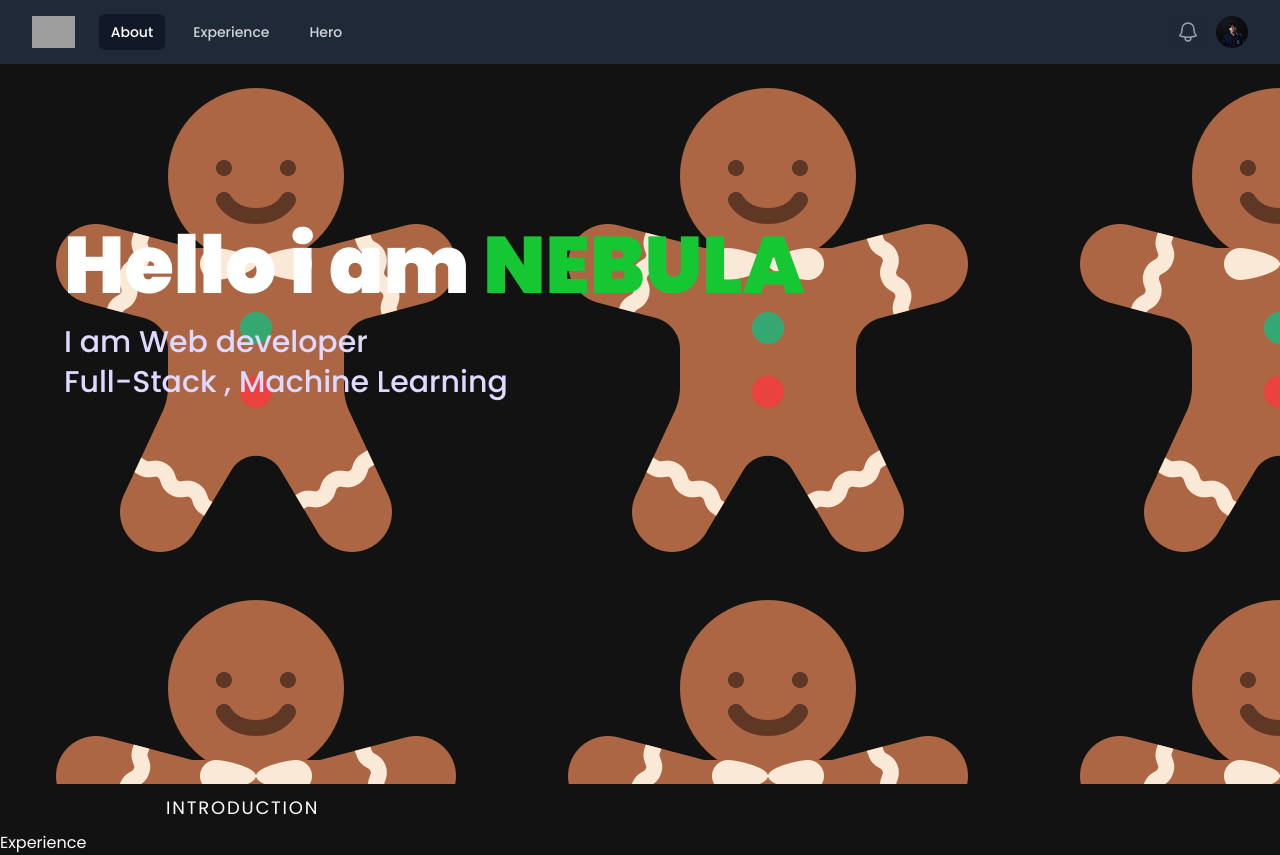
Repository: supakorn5039-boon/React-f
Page: /
An editor plug-in stored every save of this project. The page is shown before and after a run of saves, followed by the edit.
The browser window is 1280 px wide. The pictures show the whole page.
Pictures or frames that could not be fetched are drawn as grey boxes. The project was rebuilt for these pictures with package versions that can differ from the ones it lists, and the page was loaded fresh each time. Also part of the build but not shown: vite.config.js.

Above is the page before, as saved 2024-01-09 16:17:20.

### src/App.jsx
import Navbar from "./components/navbar";
import Hero from "./components/Hero";
import About from "./components/About";
import Experience from "./components/Experience";

export default function App() {
  return (
    <>
      <Navbar />
      <Hero />
      <About />
      <Experience />
    </>
  );
}

### src/index.css
@import url("https://fonts.googleapis.com/css2?family=Poppins:wght@100;200;300;400;500;600;700;800;900&display=swap");

@tailwind base;
@tailwind components;
@tailwind utilities;

* {
  margin: 0;
  padding: 0;
  box-sizing: border-box;
  font-family: "Poppins", sans-serif;
  scroll-behavior: smooth;
  color-scheme: dark;
}
.bg-boon {
  background-image: url("./assets/gingerbread-man.png");
}
.section {
  position: absolute;
  inset: 0;
  top: 120px;
  max-width: 7xl;
  margin: 0 auto;
  padding-left: 6rem;
  padding-right: 6rem;
  display: flex;
  flex-direction: row;
  align-items: flex-start;
  gap: 1.25rem; /* This corresponds to 5 units in "rem" */
}
.heroHeadText {
  font-weight: 900;
  color: white;
  font-size: 80px;
  line-height: 98px;
  margin-top: 2rem;
}

@media (max-width: 1023px) {
  .heroHeadText {
    font-size: 60px;
  }
}

@media (max-width: 767px) {
  .heroHeadText {
    font-size: 50px;
  }
}

@media (max-width: 575px) {
  .heroHeadText {
    font-size: 40px;
  }
}

.heroSubText {
  font-weight: 500;
  color: #dfd9ff;
  font-size: 30px;
  line-height: 40px;
}

@media (max-width: 1023px) {
  .heroSubText {
    font-size: 26px;
  }
}

@media (max-width: 767px) {
  .heroSubText {
    font-size: 20px;
  }
}

@media (max-width: 575px) {
  .heroSubText {
    font-size: 16px;
  }
}

.sectionHeadText {
  color: white;
  font-weight: 900;
  font-size: 60px;
}

@media (max-width: 767px) {
  .sectionHeadText {
    font-size: 50px;
  }
}

@media (max-width: 575px) {
  .sectionHeadText {
    font-size: 40px;
  }
}

.sectionSubText {
  font-size: 18px;
  text-transform: uppercase;
  letter-spacing: 0.1em;
  color: var(--text-secondary);
}

@media (max-width: 767px) {
  .sectionSubText {
    font-size: 18px;
  }
}

.about-head {
  padding: 10px 6px; /* Default padding values */
  max-width: calc(100% - 20rem); /* Adjust the value according to your needs */
  margin: 0 auto;
  position: relative;
  z-index: 0;
}

@media (min-width: 640px) {
  .myElement {
    padding: 16px 6px; /* Updated padding for sm screen size */
  }
}

.about-text {
  margin-top: 1rem; /* Equivalent to mt-4 */
  color: white; /* Assuming --text-secondary is defined */
  font-size: 17px;
  max-width: 48rem; /* Equivalent to max-w-3xl */
  line-height: 1.875rem; /* Equivalent to leading-[30px] */
}

### src/components/navbar.jsx
import { Fragment } from "react";
import { Disclosure, Menu, Transition } from "@headlessui/react";
import { Bars3Icon, BellIcon, XMarkIcon } from "@heroicons/react/24/outline";
import boon from "../assets/Photo.jpg";
const navigation = [
  { name: "About", href: "#about", current: true },
  { name: "Experience", href: "#experience", current: false },
  { name: "Hero", href: "#hero", current: false },
];

function classNames(...classes) {
  return classes.filter(Boolean).join(" ");
}

export default function Navbar() {
  return (
    <Disclosure as="nav" className="bg-gray-800">
      {({ open }) => (
        <>
          <div className="mx-auto max-w-7xl px-2 sm:px-6 lg:px-8">
            <div className="relative flex h-16 items-center justify-between">
              <div className="absolute inset-y-0 left-0 flex items-center sm:hidden">
                {/* Mobile menu button*/}
                <Disclosure.Button className="relative inline-flex items-center justify-center rounded-md p-2 text-gray-400 hover:bg-gray-700 hover:text-white focus:outline-none focus:ring-2 focus:ring-inset focus:ring-white">
                  <span className="absolute -inset-0.5" />
                  <span className="sr-only">Open main menu</span>
                  {open ? (
                    <XMarkIcon className="block h-6 w-6" aria-hidden="true" />
                  ) : (
                    <Bars3Icon className="block h-6 w-6" aria-hidden="true" />
                  )}
                </Disclosure.Button>
              </div>
              <div className="flex flex-1 items-center justify-center sm:items-stretch sm:justify-start">
                <div className="flex flex-shrink-0 items-center">
                  <img
                    className="h-8 w-auto"
                    src="https://tailwindui.com/img/logos/mark.svg?color=indigo&shade=500"
                    alt="Your Company"
                  />
                </div>
                <div className="hidden sm:ml-6 sm:block">
                  <div className="flex space-x-4">
                    {navigation.map((item) => (
                      <a
                        key={item.name}
                        href={item.href}
                        className={classNames(
                          item.current
                            ? "bg-gray-900 text-white"
                            : "text-gray-300 hover:bg-gray-700 hover:text-white",
                          "rounded-md px-3 py-2 text-sm font-medium"
                        )}
                        aria-current={item.current ? "page" : undefined}
                      >
                        {item.name}
                      </a>
                    ))}
                  </div>
                </div>
              </div>
              <div className="absolute inset-y-0 right-0 flex items-center pr-2 sm:static sm:inset-auto sm:ml-6 sm:pr-0">
                <button
                  type="button"
                  className="relative rounded-full bg-gray-800 p-1 text-gray-400 hover:text-white focus:outline-none focus:ring-2 focus:ring-white focus:ring-offset-2 focus:ring-offset-gray-800"
                >
                  <span className="absolute -inset-1.5" />
                  <span className="sr-only">View notifications</span>
                  <BellIcon className="h-6 w-6" aria-hidden="true" />
                </button>

                {/* Profile dropdown */}
                <Menu as="div" className="relative ml-3">
                  <div>
                    <Menu.Button className="relative flex rounded-full bg-gray-800 text-sm focus:outline-none focus:ring-2 focus:ring-white focus:ring-offset-2 focus:ring-offset-gray-800">
                      <span className="absolute -inset-1.5" />
                      <span className="sr-only">Open user menu</span>
                      <img className="h-8 w-8 rounded-full" src={boon} alt="" />
                    </Menu.Button>
                  </div>
                  <Transition
                    as={Fragment}
                    enter="transition ease-out duration-100"
                    enterFrom="transform opacity-0 scale-95"
                    enterTo="transform opacity-100 scale-100"
                    leave="transition ease-in duration-75"
                    leaveFrom="transform opacity-100 scale-100"
                    leaveTo="transform opacity-0 scale-95"
                  >
                    <Menu.Items className="absolute right-0 z-10 mt-2 w-48 origin-top-right rounded-md bg-white py-1 shadow-lg ring-1 ring-black ring-opacity-5 focus:outline-none">
                      <Menu.Item>
                        {({ active }) => (
                          <a
                            href="#"
                            className={classNames(
                              active ? "bg-gray-100" : "",
                              "block px-4 py-2 text-sm text-gray-700"
                            )}
                          >
                            Your Profile
                          </a>
                        )}
                      </Menu.Item>
                      <Menu.Item>
                        {({ active }) => (
                          <a
                            href="#"
                            className={classNames(
                              active ? "bg-gray-100" : "",
                              "block px-4 py-2 text-sm text-gray-700"
                            )}
                          >
                            Settings
                          </a>
                        )}
                      </Menu.Item>
                      <Menu.Item>
                        {({ active }) => (
                          <a
                            href="#"
                            className={classNames(
                              active ? "bg-gray-100" : "",
                              "block px-4 py-2 text-sm text-gray-700"
                            )}
                          >
                            Sign out
                          </a>
                        )}
                      </Menu.Item>
                    </Menu.Items>
                  </Transition>
                </Menu>
              </div>
            </div>
          </div>

          <Disclosure.Panel className="sm:hidden">
            <div className="space-y-1 px-2 pb-3 pt-2">
              {navigation.map((item) => (
                <Disclosure.Button
                  key={item.name}
                  as="a"
                  href={item.href}
                  className={classNames(
                    item.current
                      ? "bg-gray-900 text-white"
                      : "text-gray-300 hover:bg-gray-700 hover:text-white",
                    "block rounded-md px-3 py-2 text-base font-medium"
                  )}
                  aria-current={item.current ? "page" : undefined}
                >
                  {item.name}
                </Disclosure.Button>
              ))}
            </div>
          </Disclosure.Panel>
        </>
      )}
    </Disclosure>
  );
}

### src/components/Hero.jsx
export default function Hero() {
  return (
    <section className="relative w-full h-screen mx-auto bg-boon">
      <div className="absolute inset-0 top-[120px] mx-w-7xl mx-auto sm:px-16 px-6 flex flex-auto">
        <div>
          <h1 className="heroHeadText">
            Hello i am <span className="text-[#16c734]">NEBULA</span>
          </h1>
          <p className="heroSubText mt-2 text-white-100">
            I am Web developer <br />
            Full-Stack , Machine Learning
          </p>
        </div>
      </div>
    </section>
  );
}

### src/components/About.jsx
const About = () => {
  return (
    <div className="about-head">
      <div className="sectionSubText">Introduction</div>
    </div>
  );
};

export default About;

Loaded but not shown: index.html (common file); src/main.jsx (common file); src/components/Experience.jsx (common file); tailwind.config.js (common file)

After the next 6 saves:
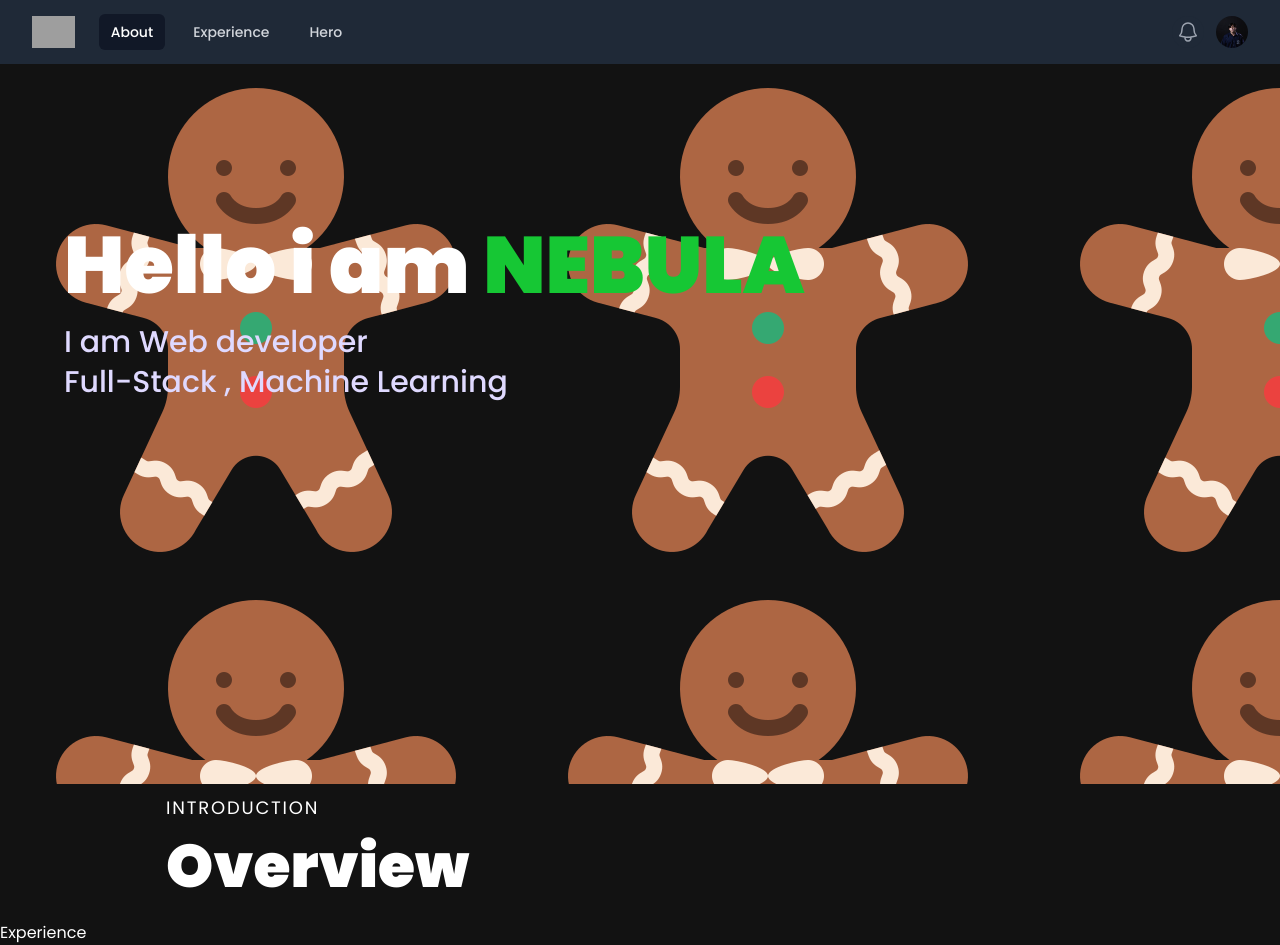
The 6 saves are shown as one change because they came seconds apart.
The last was saved 98 s later.
--- a/src/components/About.jsx
+++ b/src/components/About.jsx
@@ -2,6 +2,7 @@ const About = () => {
   return (
     <div className="about-head">
       <div className="sectionSubText">Introduction</div>
+      <h2 className="sectionHeadText">Overview</h2>
     </div>
   );
 };
